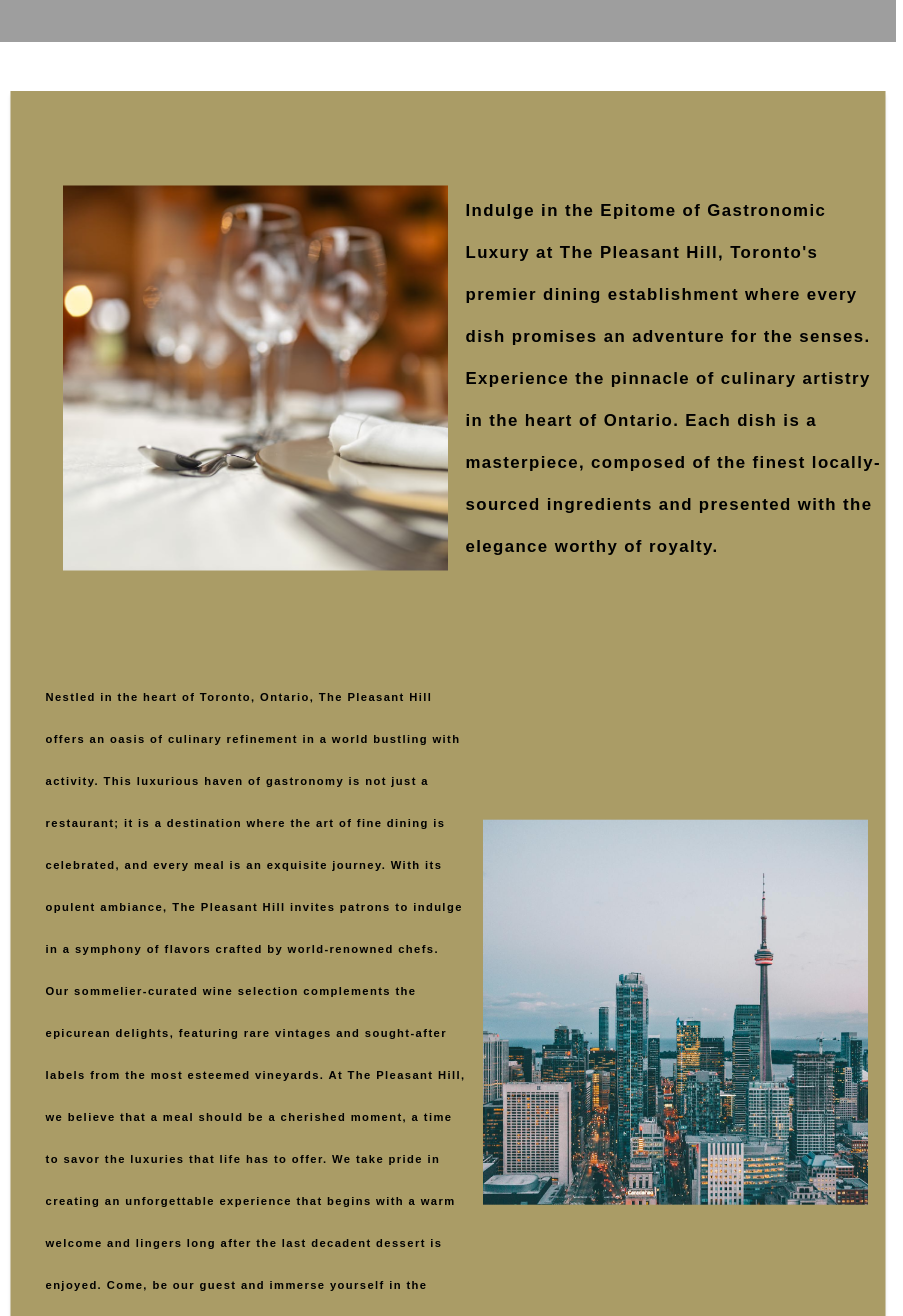
Repository: shayanabedi98/pleasant-hill-restaurant
Page: /
The author's editor kept a copy of each file at every save. The page is drawn from the files as they stood at one save, then again after a run of saves.
The browser window is 1280 px wide. The page is 1290 px wide, so the pictures cover 1290 px, including what lies to the right of the window. The pictures show the part of the page from y = 920 to 2800 px (the page is 3052 px tall before and 2702 px after), at 70% of full size.
Pictures or frames that could not be fetched are drawn as grey boxes. Backgrounds fixed to the window are drawn as part of the page. Some web fonts or font styles are not loaded; a fallback is used. The project was rebuilt for these pictures with package versions that can differ from the ones it lists, and the page was loaded fresh each time. Also part of the build but not shown: vite.config.js, src/components/Contact.jsx, src/components/MenuList.jsx, src/components/Appetizers.jsx, src/components/Entrees.jsx, src/components/Desserts.jsx, src/components/Drinks.jsx, src/components/Menu.jsx and 1 more.

Above is the page before, as saved 2023-12-27 19:03:40.

After the next 2 saves:
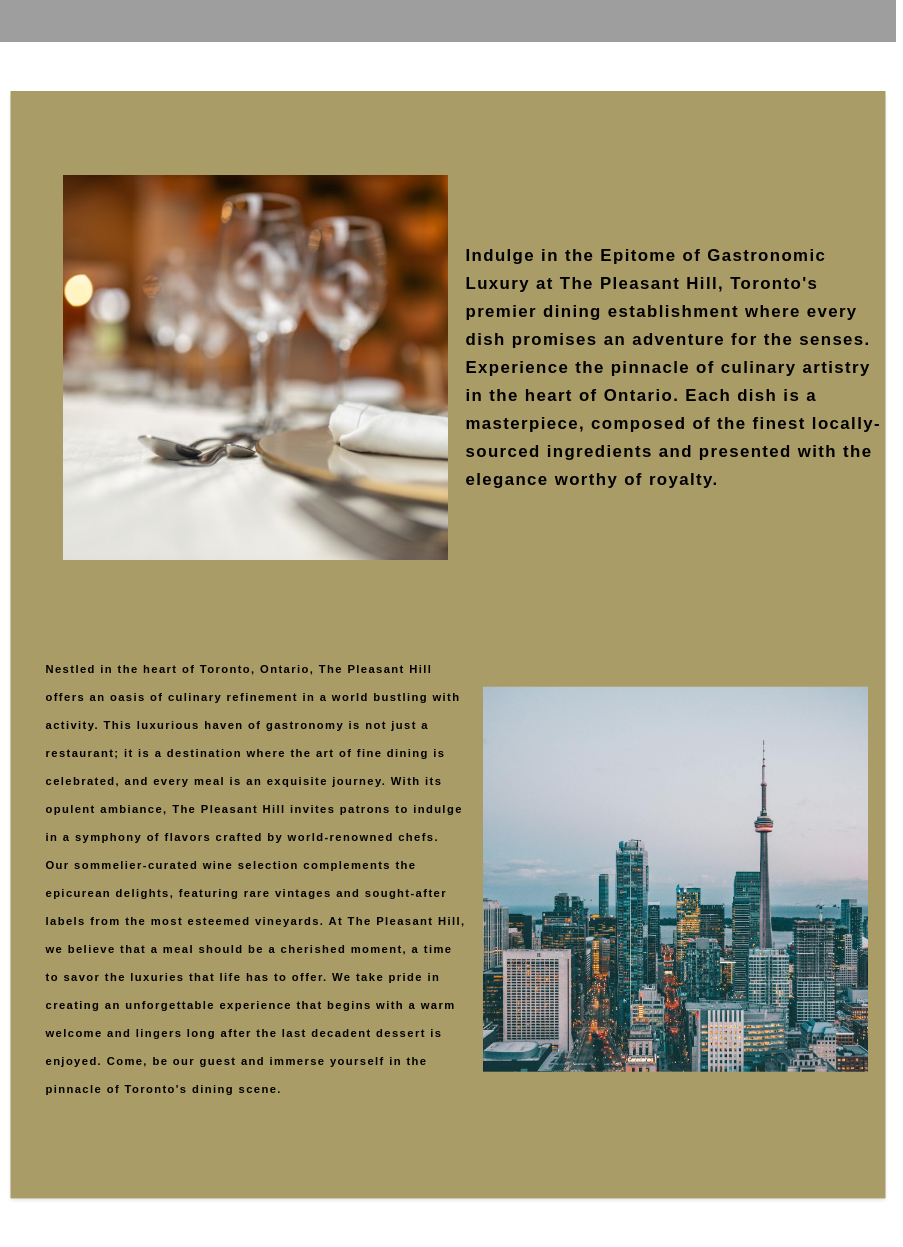
The 2 saves are shown as one change because they came seconds apart.
The last was saved 7 s later.
--- a/src/App.css
+++ b/src/App.css
@@ -101,7 +101,7 @@ body {
   width: 1200px;
   margin: 70px auto;
   padding: 25px;
-  line-height: 60px;
+  line-height: 40px;
 }
 
 .about img {
